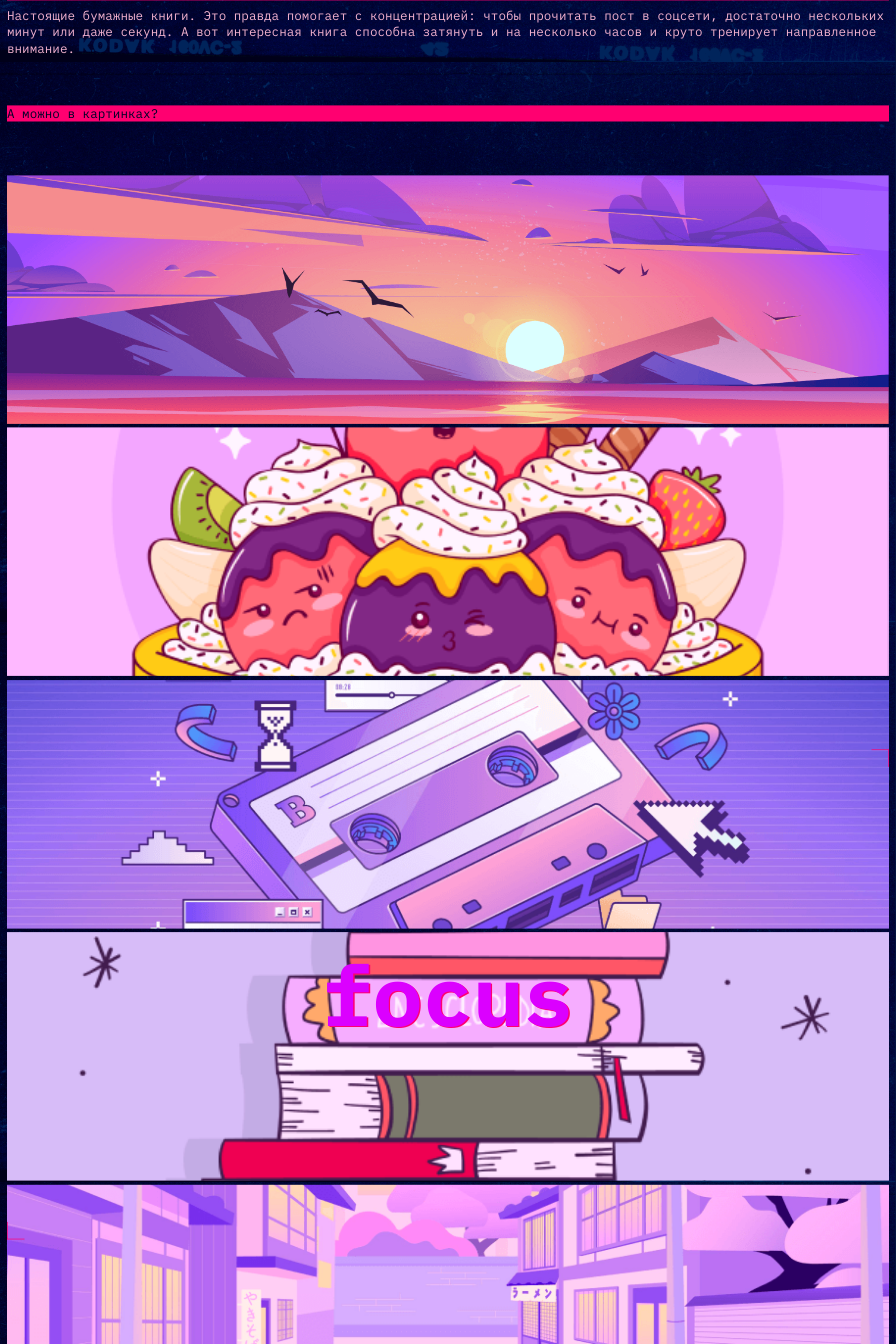
Repository: NikWolf75/slozhno-sosredotochitsya-fd
Page: index.html
An editor plug-in stored every save of this project. The page is shown before and after the next save, followed by the edit.
The browser window is 1280 px wide. The pictures show the part of the page from y = 2312 to 4232 px (the page is 4364 px tall before and 4414 px after), at 70% of full size.
Backgrounds fixed to the window are drawn as part of the page.

Above is the page before, as saved 2025-02-27 11:43:45.

After the next save:
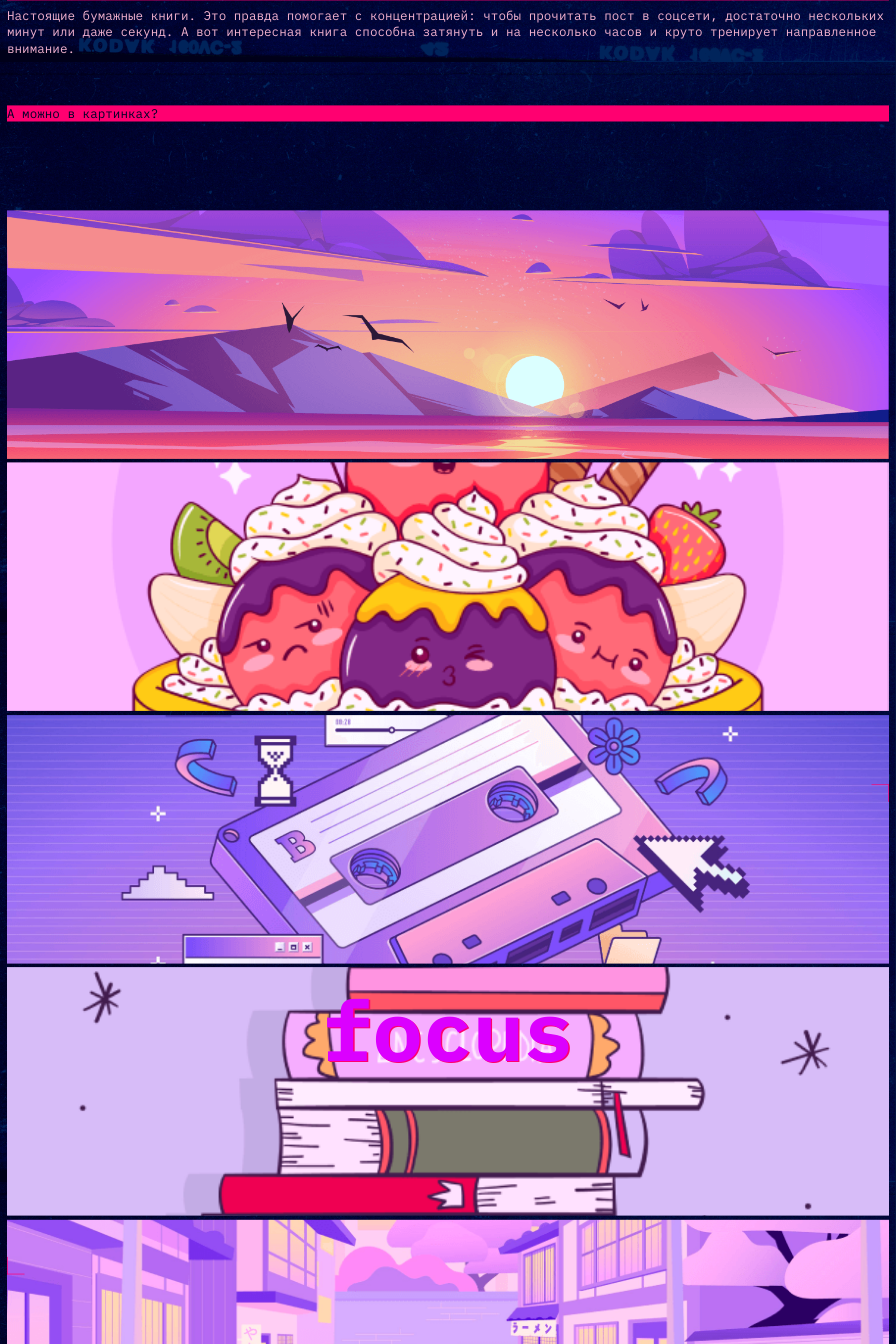
Saved 11 s later.
--- a/styles/style.css
+++ b/styles/style.css
@@ -188,7 +188,7 @@
 
 .content__gallery {
   display: grid;
-  grid-template-rows: 100px 355px 100px 355px;
+  grid-template-rows: 150px 355px 100px 355px;
   gap: 0;
   margin: 0;
 }
